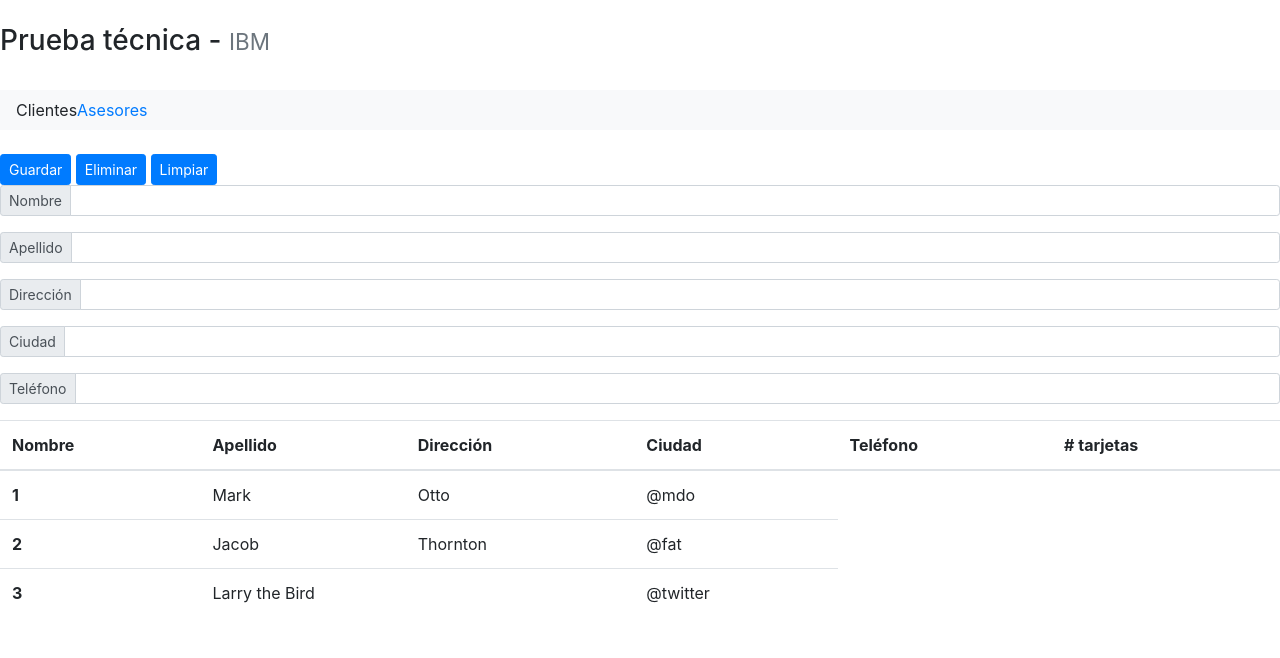
Repository: analozano16/ibm
Page: prueba_banco_war/src/main/webapp/index.html
An editor plug-in stored every save of this project. The page is shown before and after the next save, followed by the edit.
The browser window is 1280 px wide. The pictures show the whole page.
Some web libraries are served in a nearby version.

Above is the page before, as saved 2020-02-02 20:23:12.

After the next save:
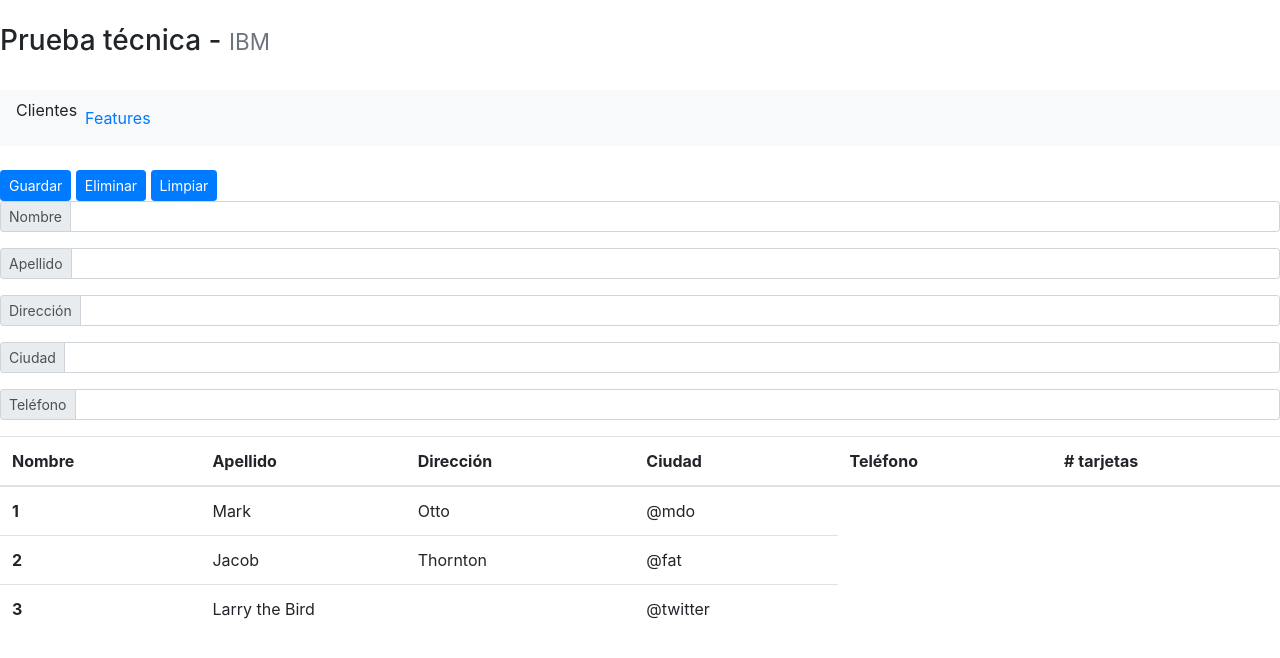
Saved 104 s later.
--- a/prueba_banco_war/src/main/webapp/index.html
+++ b/prueba_banco_war/src/main/webapp/index.html
@@ -21,7 +21,9 @@
 <nav class="navbar navbar-expand-sm bg-light justify-content-center">
   <ul class="navbar-nav mr-auto">
       <li class="nav-item active">Clientes</a></li>
-     <li><a href="#">Asesores</a></li>
+      <li class="nav-item">
+        <a class="nav-link" href="#">Features</a>
+      </li>
   </ul>
 </nav>
 
